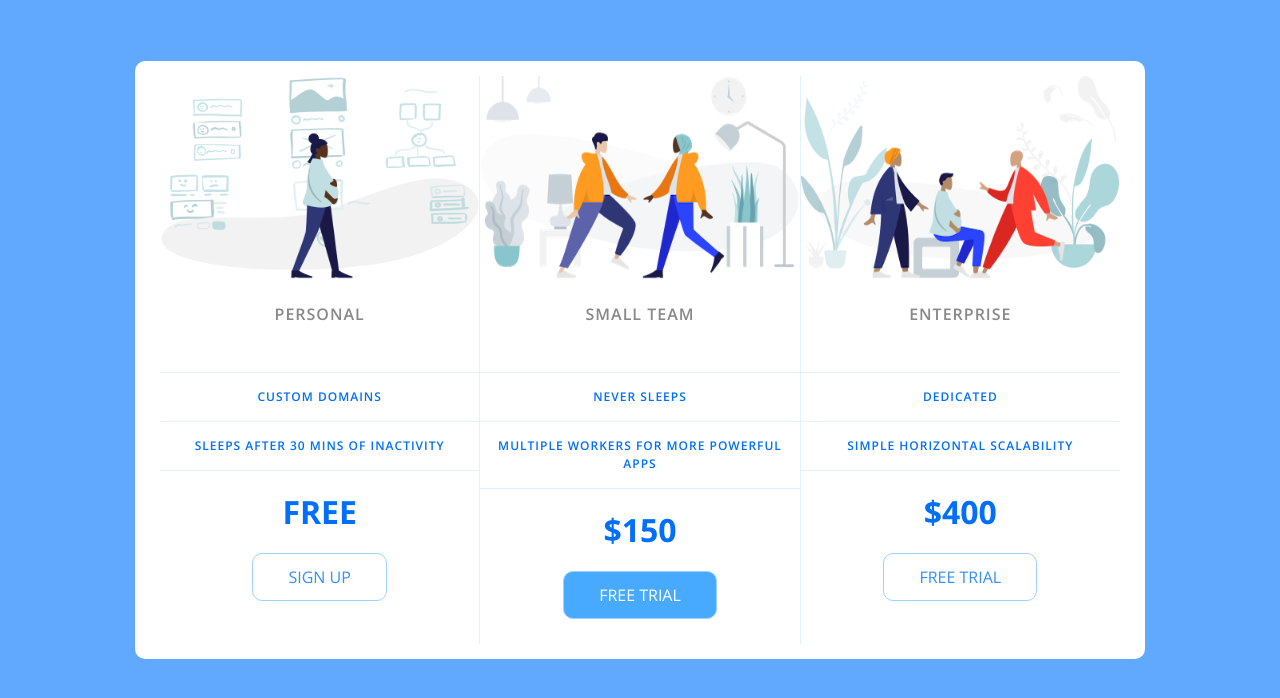
Repository: patrik-fredlund/pricing_panel_udemy
Page: PriceTableStarter/index.html
An editor plug-in stored every save of this project. The page is shown before and after the next save, followed by the edit.
The browser window is 1280 px wide. The pictures show the whole page.

Above is the page before, as saved 2021-06-27 14:02:56.

### PriceTableStarter/index.html
<!DOCTYPE html>
<html lang="en">

<head>
    <meta charset="UTF-8">
    <meta name="viewport" content="width=device-width, initial-scale=1.0">
    <title>Price Tiers</title>
    <link rel="stylesheet" href="https://fonts.googleapis.com/css?family=Open+Sans:400,600,700">
    <link rel="stylesheet" href="app.css">
</head>

<body>
    <div class="panel pricing-table">

        <div class="pricing-plan">
            <img src="icons/icon1.png" alt="" class="pricing-img">
            <h2 class="pricing-header">Personal</h2>
            <ul class="pricing-features">
                <li class="pricing-features-item">Custom domains</li>
                <li class="pricing-features-item">Sleeps after 30 mins of inactivity</li>
            </ul>
            <span class="pricing-price">Free</span>
            <a href="#/" class="pricing-button">Sign up</a>
        </div>

        <div class="pricing-plan">
            <img src="icons/icon2.png" alt="" class="pricing-img">
            <h2 class="pricing-header">Small team</h2>
            <ul class="pricing-features">
                <li class="pricing-features-item">Never sleeps</li>
                <li class="pricing-features-item">Multiple workers for more powerful apps</li>
            </ul>
            <span class="pricing-price">$150</span>
            <a href="#/" class="pricing-button is-featured">Free trial</a>
        </div>

        <div class="pricing-plan">
            <img src="icons/icon3.png" alt="" class="pricing-img">
            <h2 class="pricing-header">Enterprise</h2>
            <ul class="pricing-features">
                <li class="pricing-features-item">Dedicated</li>
                <li class="pricing-features-item">Simple horizontal scalability</li>
            </ul>
            <span class="pricing-price">$400</span>
            <a href="#/" class="pricing-button">Free trial</a>
        </div>

    </div>

</body>

</html>

### PriceTableStarter/app.css
/* http://meyerweb.com/eric/tools/css/reset/
   v2.0 | 20110126
   License: none (public domain)
*/

/* ---------------css reset------------------ */

html, body, div, span, applet, object, iframe,
h1, h2, h3, h4, h5, h6, p, blockquote, pre,
a, abbr, acronym, address, big, cite, code,
del, dfn, em, img, ins, kbd, q, s, samp,
small, strike, strong, sub, sup, tt, var,
b, u, i, center,
dl, dt, dd, ol, ul, li,
fieldset, form, label, legend,
table, caption, tbody, tfoot, thead, tr, th, td,
article, aside, canvas, details, embed,
figure, figcaption, footer, header, hgroup,
menu, nav, output, ruby, section, summary,
time, mark, audio, video {
	margin: 0;
	padding: 0;
	border: 0;
	font-size: 100%;
	font: inherit;
	vertical-align: baseline;
}
/* HTML5 display-role reset for older browsers */
article, aside, details, figcaption, figure,
footer, header, hgroup, menu, nav, section {
	display: block;
}
body {
	line-height: 1;
}
ol, ul {
	list-style: none;
}
blockquote, q {
	quotes: none;
}
blockquote:before, blockquote:after,
q:before, q:after {
	content: '';
	content: none;
}
table {
	border-collapse: collapse;
	border-spacing: 0;
}


/* ------------------------------------------- */

html {
    box-sizing: border-box;
    font-family: 'Open Sans', sans-serif;
}

body {
    background-color: #60a9ff;
    display: flex;
    justify-content: center;
    align-items: center;
    min-height: 100vh;
}

.panel {
    background-color: white;
    border-radius: 10px;
    padding: 15px 25px;
    width: 100%;
    max-width: 960px;
    display: flex;
    flex-direction: column;
    text-align: center;
    text-transform: uppercase;
}

.pricing-plan {
    border-bottom: 1px solid #e1f1ff;
}

.pricing-plan:last-child {
    border-bottom: none;
}

.pricing-img {
    margin-bottom: 25px;
    /* width: 100%; */
    max-width: 100%;
}

.pricing-header {
    color: #888;
    font-weight: 600;
    letter-spacing: 1px;
}

.pricing-features {
    margin: 50px 0 25px;
    color: #016ff9;
}

.pricing-features-item {
    font-weight: 600;
    letter-spacing: 1px;
    font-size: 12px;
    line-height: 1.5;
    padding: 15px 0;
    border-top: 1px solid #e1f1ff;;

}

.pricing-features-item:last-child {
    border-bottom: 1px solid #e1f1ff;;

}

.pricing-price {
    color: #016ff9;
    display: block;
    font-size: 32px;
    font-weight: 700;
}

.pricing-button {
    border: 1px solid #9dd1ff;
    border-radius: 10px;
    color: #348efe;
    display: inline-block;
    padding: 15px 35px;
    text-decoration: none ;
    margin: 25px 0;
    transition: background-color 200ms ease-in-out ;
}

.pricing-button:hover, pricing-button:focus {
background-color: #e1f1ff;
}

.pricing-button.is-featured {
    background-color: #48aaff;
    color: white ;
}

.pricing-button.is-featured:hover, .pricing-button.is-featured:focus {
    background-color: #269aff;
    color: white ;
}


@media (min-width: 960px) {
    .panel {
        flex-direction: row;
    }
    .pricing-plan {
        border-bottom: none;
        border-right: 1px solid #e1f1ff;
    }
    .pricing-plan:last-child {
        border-right: none;
    }
}

After the next save:
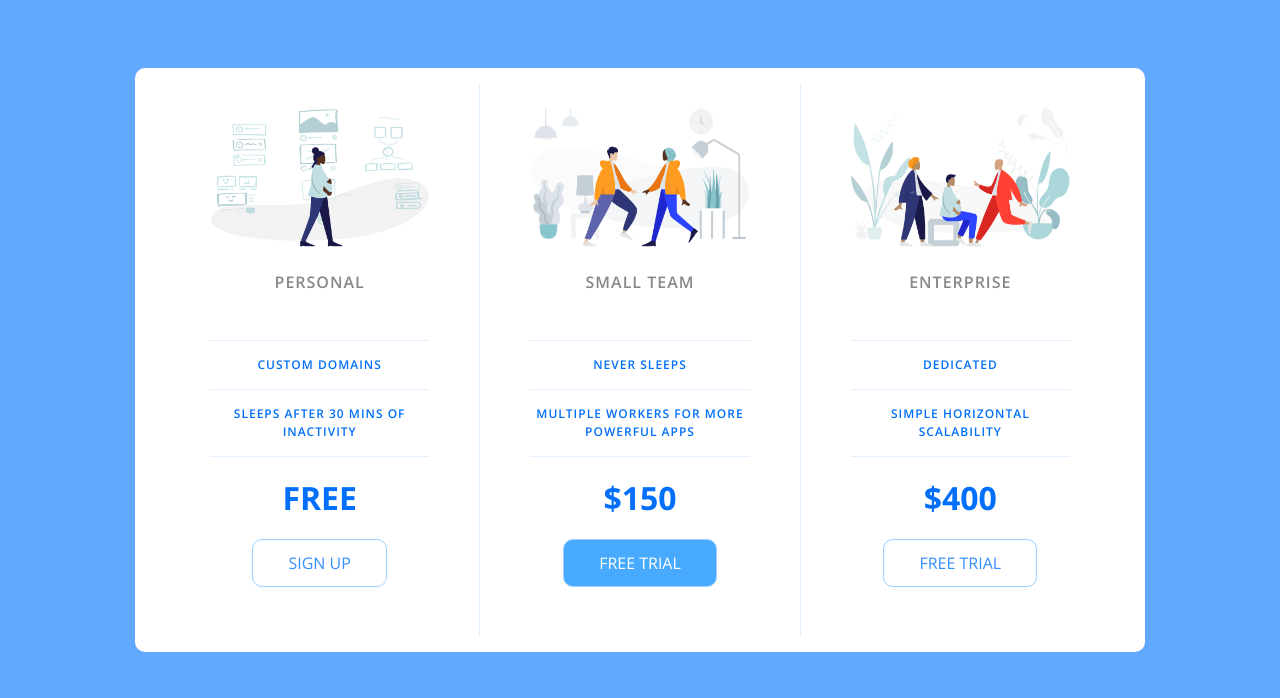
Saved 31 s later.
--- a/PriceTableStarter/app.css
+++ b/PriceTableStarter/app.css
@@ -157,6 +157,7 @@ background-color: #e1f1ff;
     .pricing-plan {
         border-bottom: none;
         border-right: 1px solid #e1f1ff;
+        padding: 25px 50px;
     }
     .pricing-plan:last-child {
         border-right: none;
